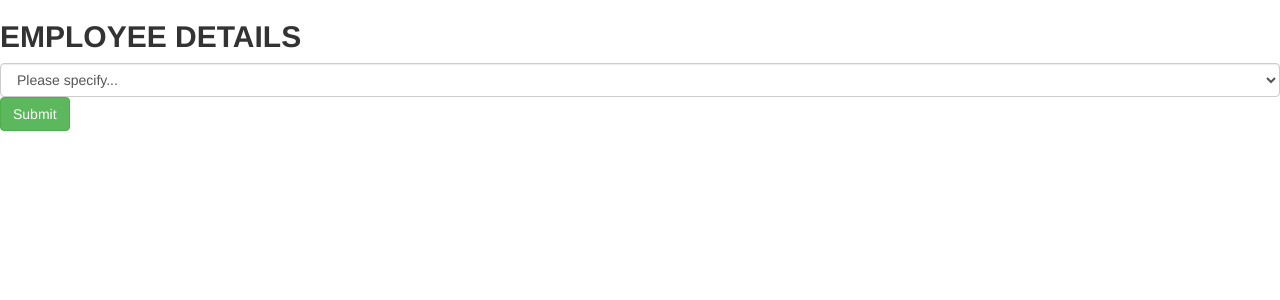
Repository: royakash07/FirstWebApplication
Page: http://localhost/SampleWebApplication/Details.jsp
An editor plug-in stored every save of this project. The page is shown before and after the next save, followed by the edit.
The browser window is 1280 px wide. The pictures show the whole page.
Some web libraries are served in a nearby version. The page is served by Tomcat 9. Other server files are loaded and not shown.

Above is the page before, as saved 2017-11-30 18:35:52.

### SampleWebApplication/WebContent/Details.jsp
<%@ page language="java" contentType="text/html; charset=ISO-8859-1"
    pageEncoding="ISO-8859-1"%>
<!DOCTYPE html PUBLIC "-//W3C//DTD HTML 4.01 Transitional//EN" "http://www.w3.org/TR/html4/loose.dtd">
<html>
<head>
<meta http-equiv="Content-Type" content="text/html; charset=ISO-8859-1">
<title>Details</title>
  <meta name="viewport" content="width=device-width, initial-scale=1">
  <link rel="stylesheet" href="https://maxcdn.bootstrapcdn.com/bootstrap/3.3.7/css/bootstrap.min.css">
  <script src="https://ajax.googleapis.com/ajax/libs/jquery/3.2.1/jquery.min.js"></script>
  <script src="https://maxcdn.bootstrapcdn.com/bootstrap/3.3.7/js/bootstrap.min.js"></script>
<meta http-equiv="Content-Type" content="text/html; charset=ISO-8859-1">
<script type="text/javascript">
function showfield(name){
	  if(name=='byId')document.getElementById('div1').innerHTML='byId: <input type="text" name="other" />';
	  else if(name=='byName')document.getElementById('div1').innerHTML='<input type="text" class="form-control" name="other"placeholder="Employee Name" />';
	  else document.getElementById('div1').innerHTML='';
	}
</script>
</head>
<body>
<h2><strong>EMPLOYEE DETAILS</strong></h2>
<select class="form-control" name="empDetails" onchange="showfield(this.options[this.selectedIdex].value)">
<option selected="selected">Please specify...</option>
<option value="1">All Details</option>
<option value="byName">Detail By Name</option>
<option value="byId">Detail By Id</option>
</select>
<div id="div1">
</div>
<input type="submit"class="btn btn-success" value="Submit">
</body>
</html>

After the next save:
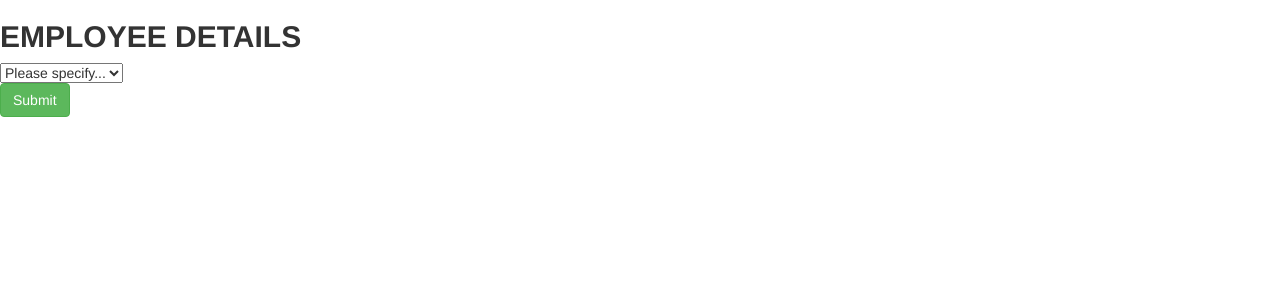
Saved 48 s later.
--- a/SampleWebApplication/WebContent/Details.jsp
+++ b/SampleWebApplication/WebContent/Details.jsp
@@ -20,9 +20,9 @@ function showfield(name){
 </head>
 <body>
 <h2><strong>EMPLOYEE DETAILS</strong></h2>
-<select class="form-control" name="empDetails" onchange="showfield(this.options[this.selectedIdex].value)">
+<select name="empDetails" onchange="showfield(this.options[this.selectedIdex].value)">
 <option selected="selected">Please specify...</option>
-<option value="1">All Details</option>
+<option value="all">All Details</option>
 <option value="byName">Detail By Name</option>
 <option value="byId">Detail By Id</option>
 </select>
